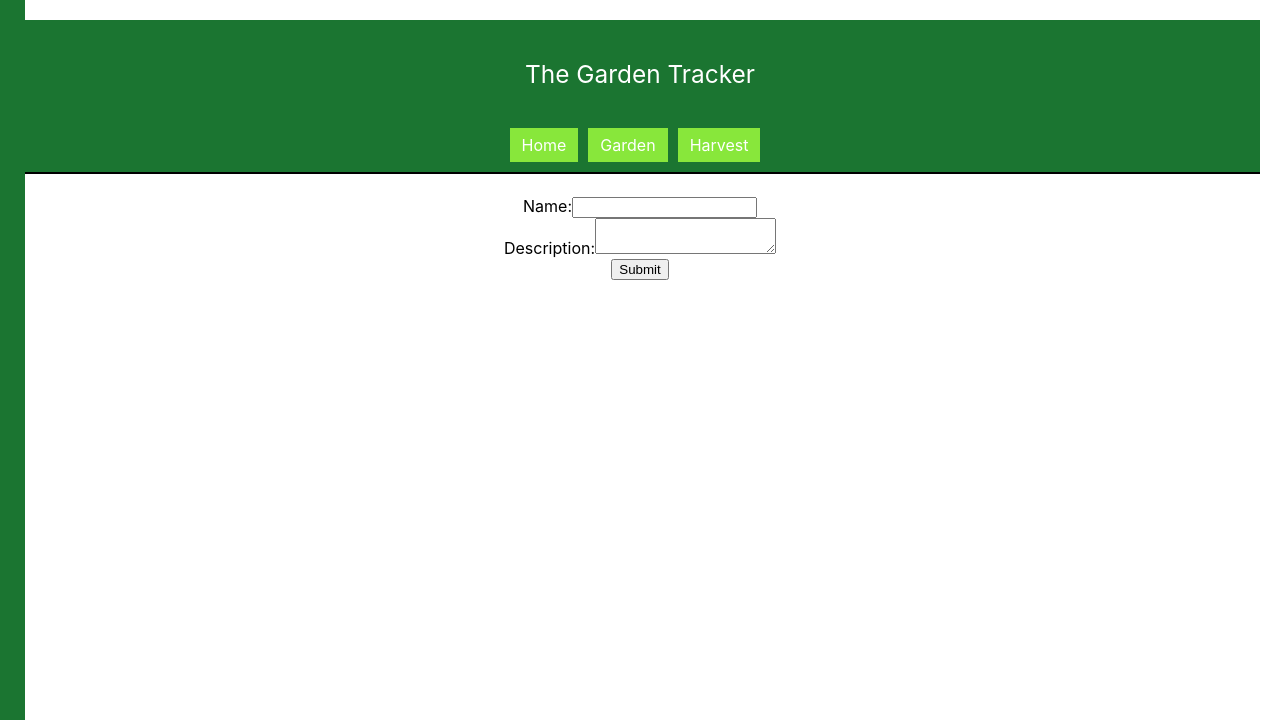
Repository: charliejp0311/ReactReduxFinal
Page: /garden (app in gardentracker/)
These files come from the project's save history. The page is drawn as it stood at one moment and after the next save; the edit follows.
The browser window is 1280 px wide. The pictures show the whole page.
The page's requests for data from a server got no answer. The project was rebuilt for these pictures with package versions that can differ from the ones it lists, and the page was loaded fresh each time. No one was signed in, and anything a server would have sent is missing. Also part of the build but not shown: gardentracker/src/containers/GardenbookContainer.js, gardentracker/src/components/GardenPlant.js, gardentracker/src/components/HarvestPlant.js, gardentracker/src/containers/HarvestContainer.js, gardentracker/src/components/UpdatePlantForm.js, gardentracker/src/components/NoteForm.js, gardentracker/src/components/noteList.js, gardentracker/src/containers/PlantContainer.js and 1 more.

Above is the page before, as saved 2020-11-12 09:31:17.

After the next save:
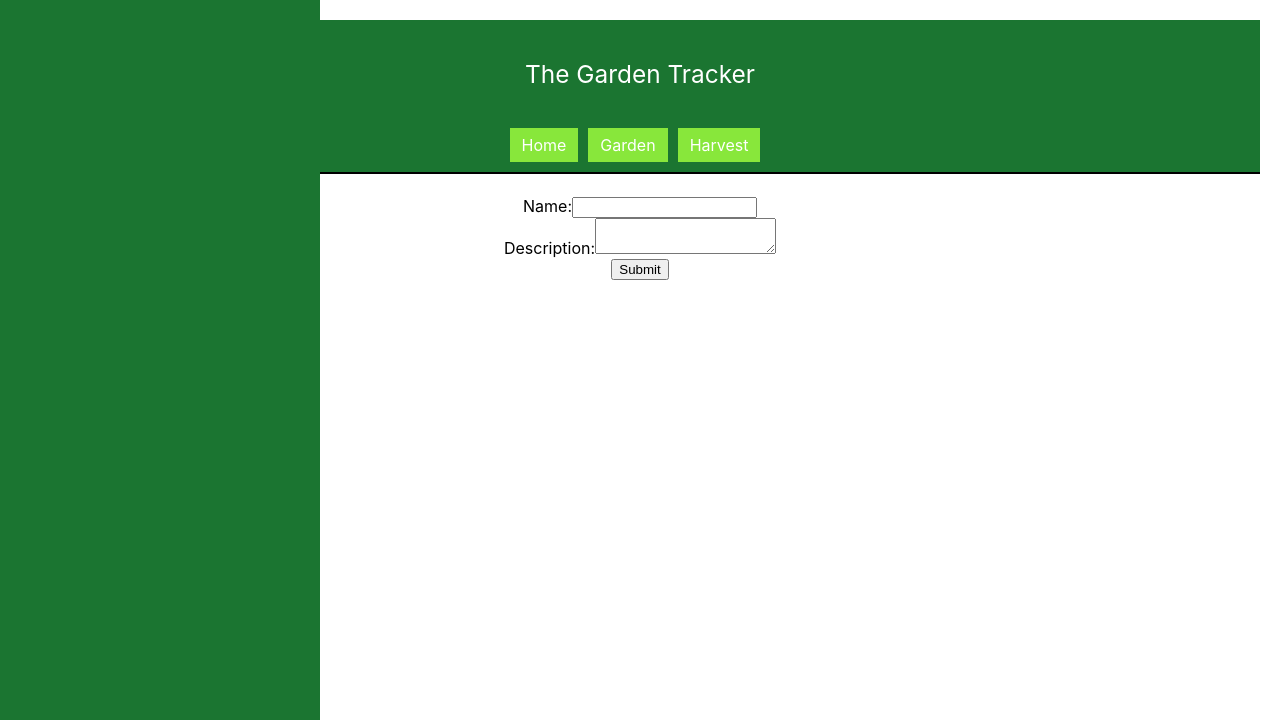
Saved 14 s later.
--- a/gardentracker/src/App.css
+++ b/gardentracker/src/App.css
@@ -27,7 +27,7 @@
 }
 .sidenav {
   height: 100%;
-  width: 25px;
+  width: 25%;
   /* 0 width - change this with JavaScript */
   position: fixed;
   /* Stay in place */
